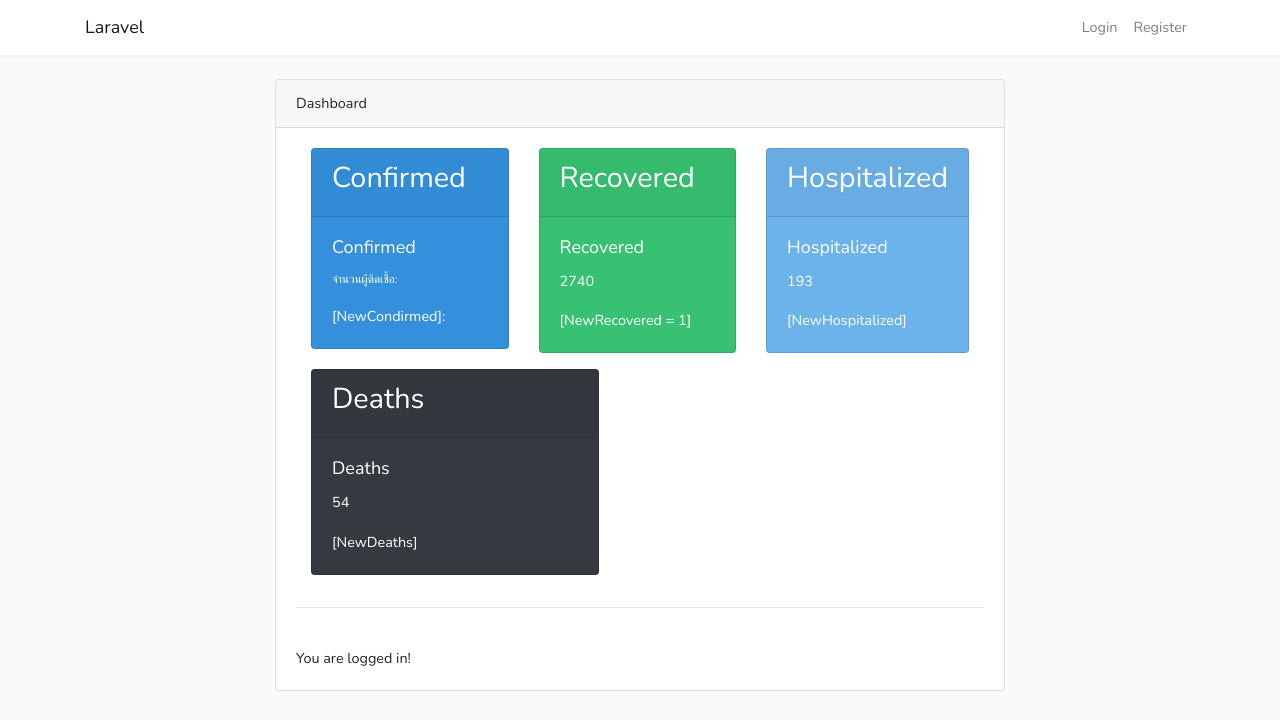
Repository: tlexDett/Covid19Ubon
Page: resources/views/home.blade.php
The author's editor kept a copy of each file at every save. The page is drawn from the files as they stood at one save, then again after the next save.
The browser window is 1280 px wide. The pictures show the whole page.
The page is served by the project's Laravel application, run on PHP 8.4 with Laravel 8. Other server files are loaded and not shown. The template is opened directly, without the code that normally fills it, so the values that code supplies are empty.

Above is the page before, as saved 2020-05-06 16:03:05.

### Covid19Ubon/routes/web.php
<?php

/*
|--------------------------------------------------------------------------
| Web Routes
|--------------------------------------------------------------------------
|
| Here is where you can register web routes for your application. These
| routes are loaded by the RouteServiceProvider within a group which
| contains the "web" middleware group. Now create something great!
|
*/

Route::get('/', function () {
    return view('welcome');
});


Auth::routes();

// Route::get('/home', 'HomeController@index')->name('home');

Route::get('/home','ApiController@get_api');

// Route::get('/home', 'Admin.PostsController');

Route::resource('admin/posts', 'Admin\\PostsController');

### Covid19Ubon/app/Http/Controllers/Auth/LoginController.php
<?php

namespace App\Http\Controllers\Auth;

use App\Http\Controllers\Controller;
use Illuminate\Foundation\Auth\AuthenticatesUsers;

class LoginController extends Controller
{
    /*
    |--------------------------------------------------------------------------
    | Login Controller
    |--------------------------------------------------------------------------
    |
    | This controller handles authenticating users for the application and
    | redirecting them to your home screen. The controller uses a trait
    | to conveniently provide its functionality to your applications.
    |
    */

    use AuthenticatesUsers;

    /**
     * Where to redirect users after login.
     *
     * @var string
     */
    protected $redirectTo = '/admin/posts';

    /**
     * Create a new controller instance.
     *
     * @return void
     */
    public function __construct()
    {
        $this->middleware('guest')->except('logout');
    }
}

### Covid19Ubon/resources/views/home.blade.php
@extends('layouts.app')

@section('content')
<div class="container">
    <div class="row justify-content-center">
        <div class="col-md-8">
            <div class="card">
                <div class="card-header">Dashboard</div>

                <div class="card-body">
                    @if (session('status'))
                        <div class="alert alert-success" role="alert">
                            {{ session('status') }}
                        </div>
                    @endif

                <!-- --- -->
                <div class="container">
                <div class="row">
                    <div class="col-sm">
                        <div class="card text-white bg-primary  mb-3" style="max-width: 18rem;">
                        <div class="card-header"><h2>Confirmed</h2></div>
                        <div class="card-body">
                            <h5 class="card-title">Confirmed</h5>
                            <small id="" class="form-text text-muted" style="color: #ffffff !important;">จำนวนผู้ติดเชื้อ:</small>
                            <p class="card-text">
                            {{$json->Confirmed}}

                            </p>
                            <p class="card-text">[NewCondirmed]: {{$json->NewConfirmed}}</p>

                        </div>
                        </div>
                    </div>

                    <div class="col-sm">
                        <div class="card text-white bg-success mb-3" style="max-width: 18rem;">
                            <div class="card-header"><h2>Recovered</h2></div>
                            <div class="card-body">
                                <h5 class="card-title">Recovered</h5>
                                <p class="card-text">2740</p>
                                <p class="card-text">[NewRecovered = 1]</p>
                            </div>
                            </div>
                    </div>

                    <div class="col-sm">
                    <div class="card text-white bg-info mb-3" style="max-width: 18rem;">
                            <div class="card-header"><h2>Hospitalized</h2></div>
                            <div class="card-body">
                                <h5 class="card-title">Hospitalized</h5>
                                <p class="card-text">193</p>
                                <p class="card-text">[NewHospitalized]</p>
                            </div>
                            </div>
                    </div>

                    <div class="col-sm">
                    <div class="card text-white bg-dark mb-3" style="max-width: 18rem;">
                            <div class="card-header"><h2>Deaths</h2></div>
                            <div class="card-body">
                                <h5 class="card-title">Deaths</h5>
                                <p class="card-text">54</p>
                                <p class="card-text">[NewDeaths]</p>
                            </div>
                            </div>
                    </div>


                </div>
                </div>
                <!-- -------------card----------- -->
                <hr>


                <!-- --- -->






                  <br>

                  {{ $json->Recovered }}
                    You are logged in!
                </div>
            </div>
        </div>
    </div>
</div>
@endsection

Loaded but not shown: Covid19Ubon/app/Http/Controllers/Controller.php (common file); Covid19Ubon/resources/views/layouts/app.blade.php (common file); Covid19Ubon/public/js/app.js (library); Covid19Ubon/public/css/app.css (library)

After the next save:
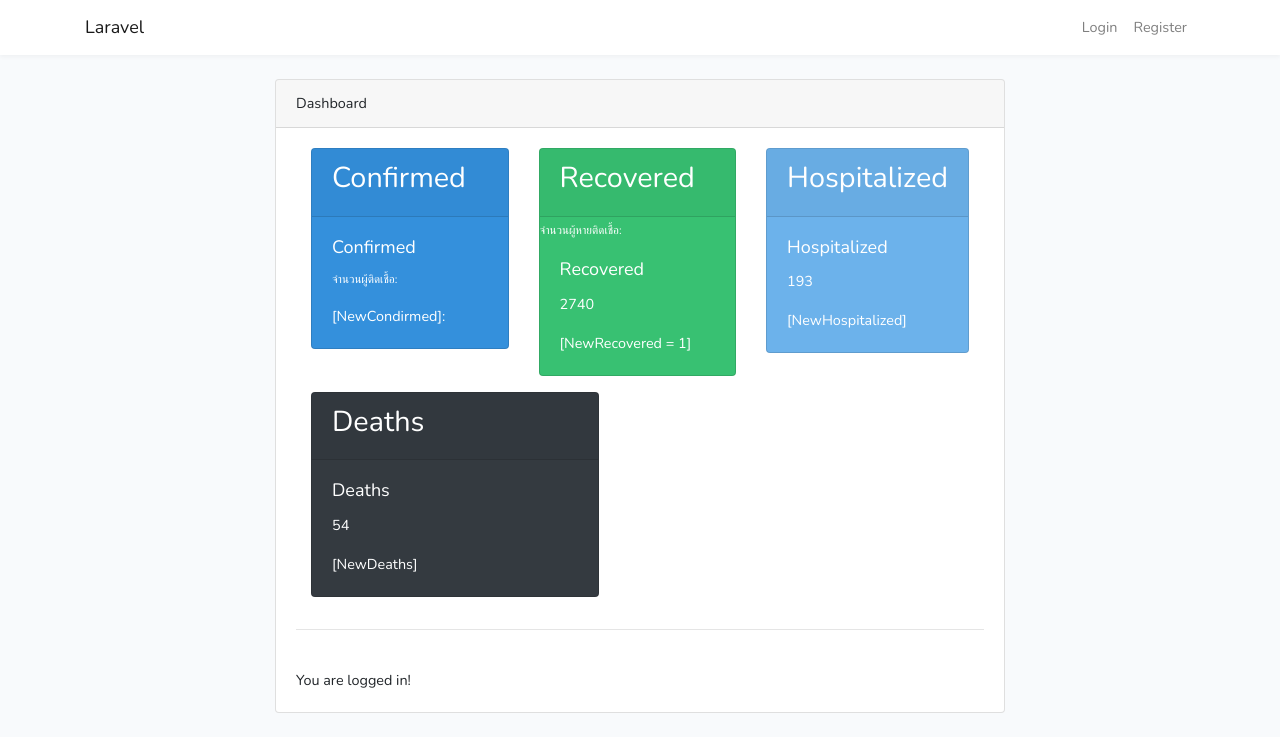
Saved 8 min 9 s later.
--- a/Covid19Ubon/resources/views/home.blade.php
+++ b/Covid19Ubon/resources/views/home.blade.php
@@ -36,6 +36,7 @@
                     <div class="col-sm">
                         <div class="card text-white bg-success mb-3" style="max-width: 18rem;">
                             <div class="card-header"><h2>Recovered</h2></div>
+                            <small id="" class="form-text text-muted" style="color: #ffffff !important;">จำนวนผู้หายติดเชื้อ:</small>
                             <div class="card-body">
                                 <h5 class="card-title">Recovered</h5>
                                 <p class="card-text">2740</p>

After the save that followed:
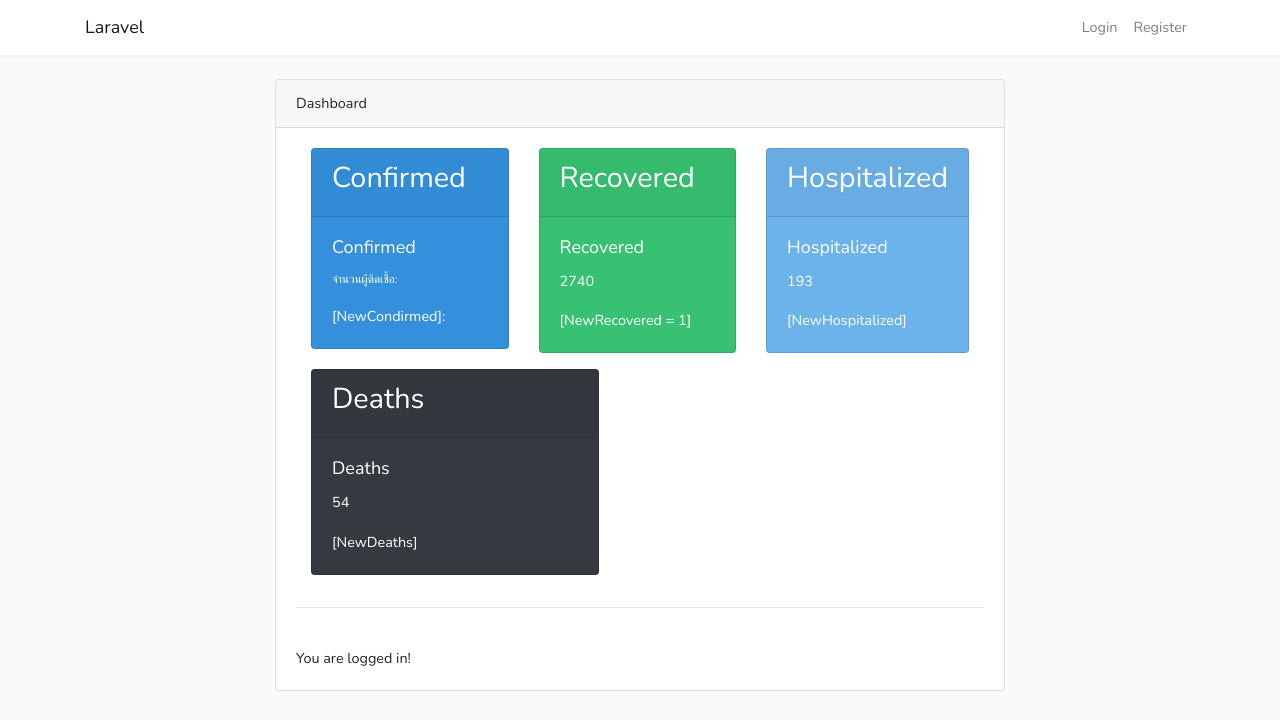
Saved 49 s later.
--- a/Covid19Ubon/resources/views/home.blade.php
+++ b/Covid19Ubon/resources/views/home.blade.php
@@ -36,7 +36,6 @@
                     <div class="col-sm">
                         <div class="card text-white bg-success mb-3" style="max-width: 18rem;">
                             <div class="card-header"><h2>Recovered</h2></div>
-                            <small id="" class="form-text text-muted" style="color: #ffffff !important;">จำนวนผู้หายติดเชื้อ:</small>
                             <div class="card-body">
                                 <h5 class="card-title">Recovered</h5>
                                 <p class="card-text">2740</p>
